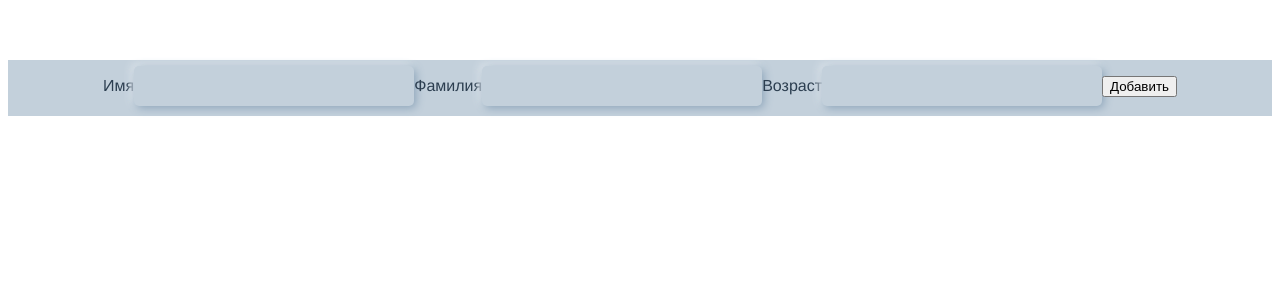
Repository: shum89/test-vue-table
Page: /
An editor plug-in stored every save of this project. The page is shown before and after the next save, followed by the edit.
The browser window is 1280 px wide. The pictures show the whole page.
The project was rebuilt for these pictures with package versions that can differ from the ones it lists, and the page was loaded fresh each time. Also part of the build but not shown: vue.config.js.

Above is the page before, as saved 2021-07-18 15:36:43.

### src/App.vue
<template>
  <Form @submit="addData" />
  <Table @remove="removeData" :list="list" />
</template>
<script>
import { uuid } from 'vue-uuid';
import { ref } from 'vue';
import Form from './components/Form.vue';
import Table from './components/Table.vue';

export default {
  components: { Form, Table },
  setup() {
    const list = ref([]);

    const normalizeString = (str) => {
      const result = str.charAt(0).toUpperCase() + str.slice(1).toLowerCase();
      return result;
    };

    const addData = (person) => {
      list.value.push({
        firstName: normalizeString(person.firstName),
        lastName: normalizeString(person.lastName),
        age: person.age,
        id: uuid.v1(),
      });
    };

    const removeData = (id) => {
      list.value = list.value.filter((i) => i.id !== id);
    };

    return {
      list,
      addData,
      removeData,
    };
  },
};
</script>
<script></script>

<style>
body {
  --base: #090e10;
  --base1: #ebeff3;
  --base2: #c3d0db;
  --base3: #88a1b7;
  --baseDark1: #396387;
  --baseDark2: #204566;
  --baseDark3: #152e44;
  --input-shadow: 2px 2px 9px var(--base3), -2px -2px 9px var(--base1);
  --input-shadow-active: inset 2px 2px 6px var(--base3), inset -2px -2px 6px var(--base1),
    1px 1px 6px var(--base3), -1px -1px 6px var(--base1);
  --shadow-transition: all 0.25s cubic-bezier(0.17, 0.67, 0.83, 0.67);
}
fieldset {
  border: none;
}
#app {
  font-family: Avenir, Helvetica, Arial, sans-serif;
  -webkit-font-smoothing: antialiased;
  -moz-osx-font-smoothing: grayscale;
  text-align: center;
  color: #2c3e50;
  margin-top: 60px;
  background: var(--base2);
  box-sizing: border-box;
}
.table__row-group {
  display: flex;
  align-items: center;
  flex-direction: column;
}
.table__row {
  display: grid;
  gap: 5px;
  grid-template-columns: repeat(3, 1fr);
  justify-content: center;
  max-width: 500px;
  width: 100%;
}
</style>

### src/components/Form.vue
<template>
  <form @submit.prevent="onSubmit">
    <fieldset>
      <label for="firstName">
        <span>Имя</span>
        <input class="form__input" v-model="person.firstName" type="text" id="firstName" />
      </label>

      <label for="lastName">
        <span>Фамилия</span>
        <input class="form__input" v-model="person.lastName" type="text" id="lastName" />
      </label>
      <label for="age">
        <span>Возраст</span>
        <input class="form__input" v-model="person.age" type="number" id="age" />
      </label>
      <button type="submit">Добавить</button>
    </fieldset>
  </form>
</template>

<script>
import { reactive } from 'vue';

export default {
  setup(_, { emit }) {
    const person = reactive({
      firstName: '',
      lastName: '',
      age: '',
    });
    const onSubmit = () => {
      emit('submit', person);
    };

    return { onSubmit, person };
  },

  name: 'Form',
  inheritAttrs: false,
};
</script>

<style scoped>
.form__input {
  border: none;
  appearance: none;
  width: 100%;
  max-width: 250px;
  border-radius: 10px;
  font-size: 15px;
  line-height: 20px;
  min-height: 20px;
  padding: 10px 15px;
  background: var(--base2);
  box-shadow: var(--input-shadow);
  border-radius: 5px;
  transition: var(--shadow-transition);
}
.form__input:focus-within {
  transition: var(--shadow-transition);
  box-shadow: var(--input-shadow-active);
  border: var(--baseDark3);
  outline: 0;
}
</style>

### src/components/Table.vue
<template>
  <div v-if="list.length > 0" class="table" role="grid" aria-colcount="3">
    <div class="table__row-group" role="rowgroup">
      <div class="table__row" role="row">
        <span role="columnheader" aria-colindex="1">First Name</span>
        <span role="columnheader" aria-colindex="2">Last Name</span>
        <span role="columnheader" aria-colindex="3">Age</span>
      </div>
    </div>
    <div class="table__row-group" role="rowgroup">
      <div class="table__row" v-for="listItems in list" :key="listItems.id" role="row">
        <div aria-colindex="1" role="gridcell">
          <span> {{ listItems.firstName }}</span>
        </div>
        <div aria-colindex="2" role="gridcell">
          <span> {{ listItems.lastName }}</span>
        </div>
        <div aria-colindex="3" role="gridcell">
          <span>{{ listItems.age }}</span>
        </div>
        <button @click="removeData(listItems.id)">X</button>
      </div>
    </div>
  </div>
</template>

<script>
export default {
  props: {
    list: Array,
  },
  setup(_, { emit }) {
    const removeData = (id) => {
      emit('remove', id);
    };
    return { removeData };
  },
  name: 'Table',
};
</script>

<style></style>

Loaded but not shown: public/index.html (common file); src/main.js (common file)

After the next save:
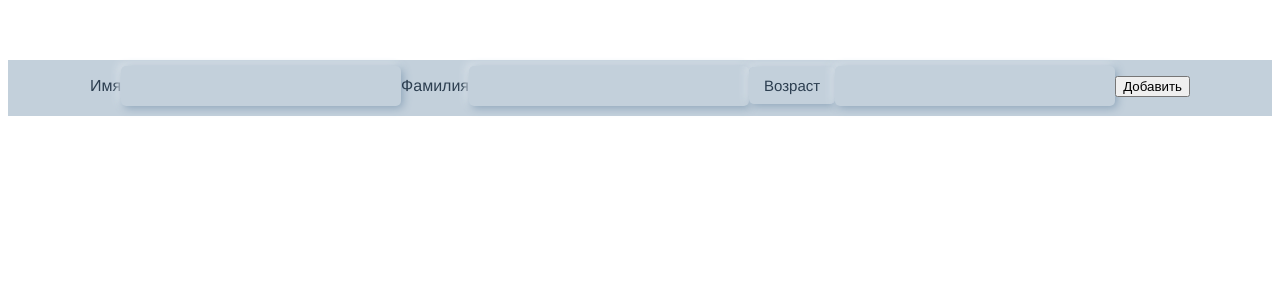
Saved 20 s later.
--- a/src/components/Form.vue
+++ b/src/components/Form.vue
@@ -1,6 +1,6 @@
 <template>
   <form @submit.prevent="onSubmit">
-    <fieldset>
+    <fieldset class="form__fieldset">
       <label for="firstName">
         <span>Имя</span>
         <input class="form__input" v-model="person.firstName" type="text" id="firstName" />
@@ -11,7 +11,7 @@
         <input class="form__input" v-model="person.lastName" type="text" id="lastName" />
       </label>
       <label for="age">
-        <span>Возраст</span>
+        <span class="form__input">Возраст</span>
         <input class="form__input" v-model="person.age" type="number" id="age" />
       </label>
       <button type="submit">Добавить</button>
